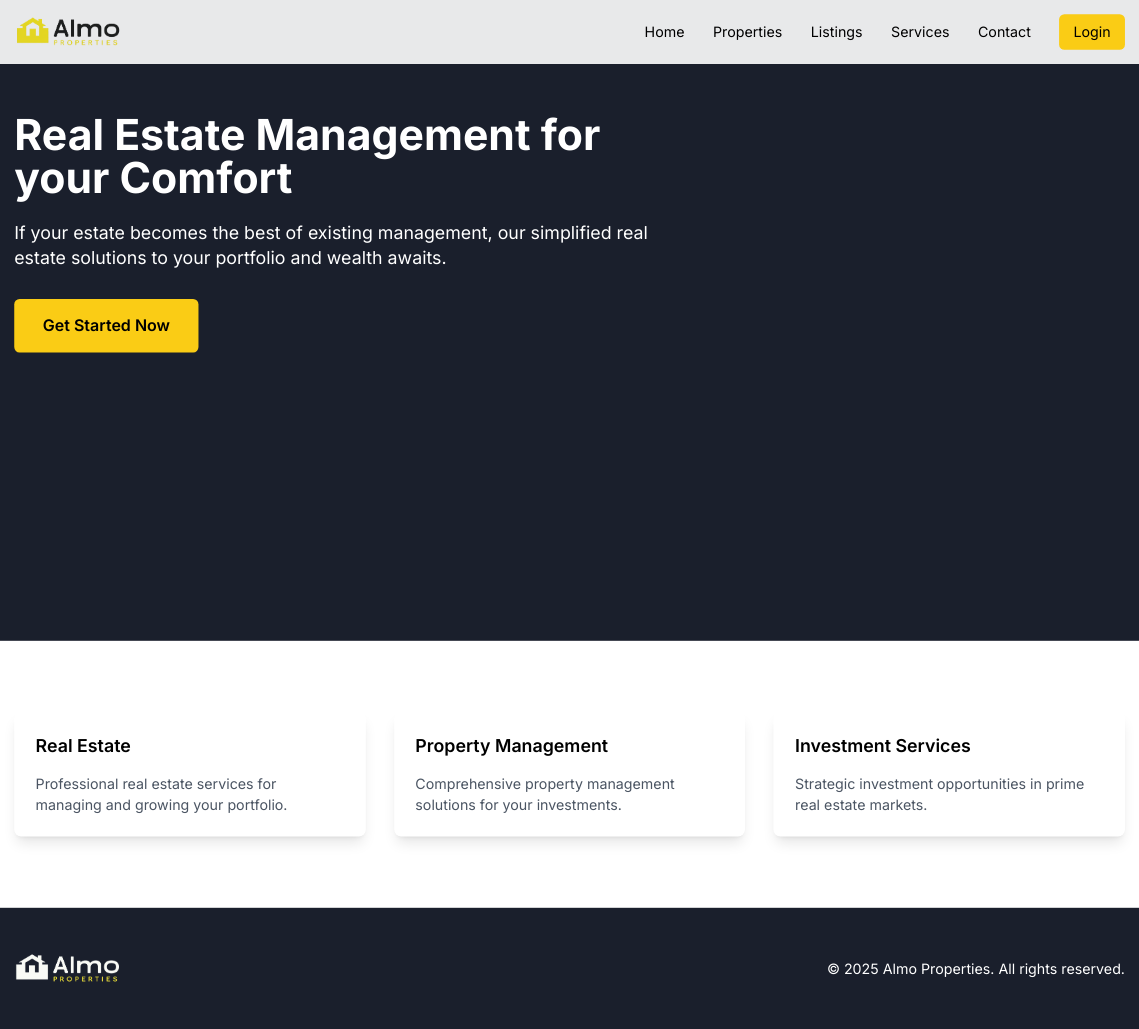
Repository: creesler/almoproperties
Page: /
These files come from the project's save history. The page is drawn as it stood at one moment and after the next save; the edit follows.
The browser window is 1280 px wide. The pictures show the whole page, at 89% of full size.
The project was rebuilt for these pictures with package versions that can differ from the ones it lists, and the page was loaded fresh each time. The framework's server and built-in components were replaced by stand-ins that run in the browser. Also part of the build but not shown: next.config.mjs.

Above is the page before, as saved 2025-03-17 16:15:21.

After the next save:
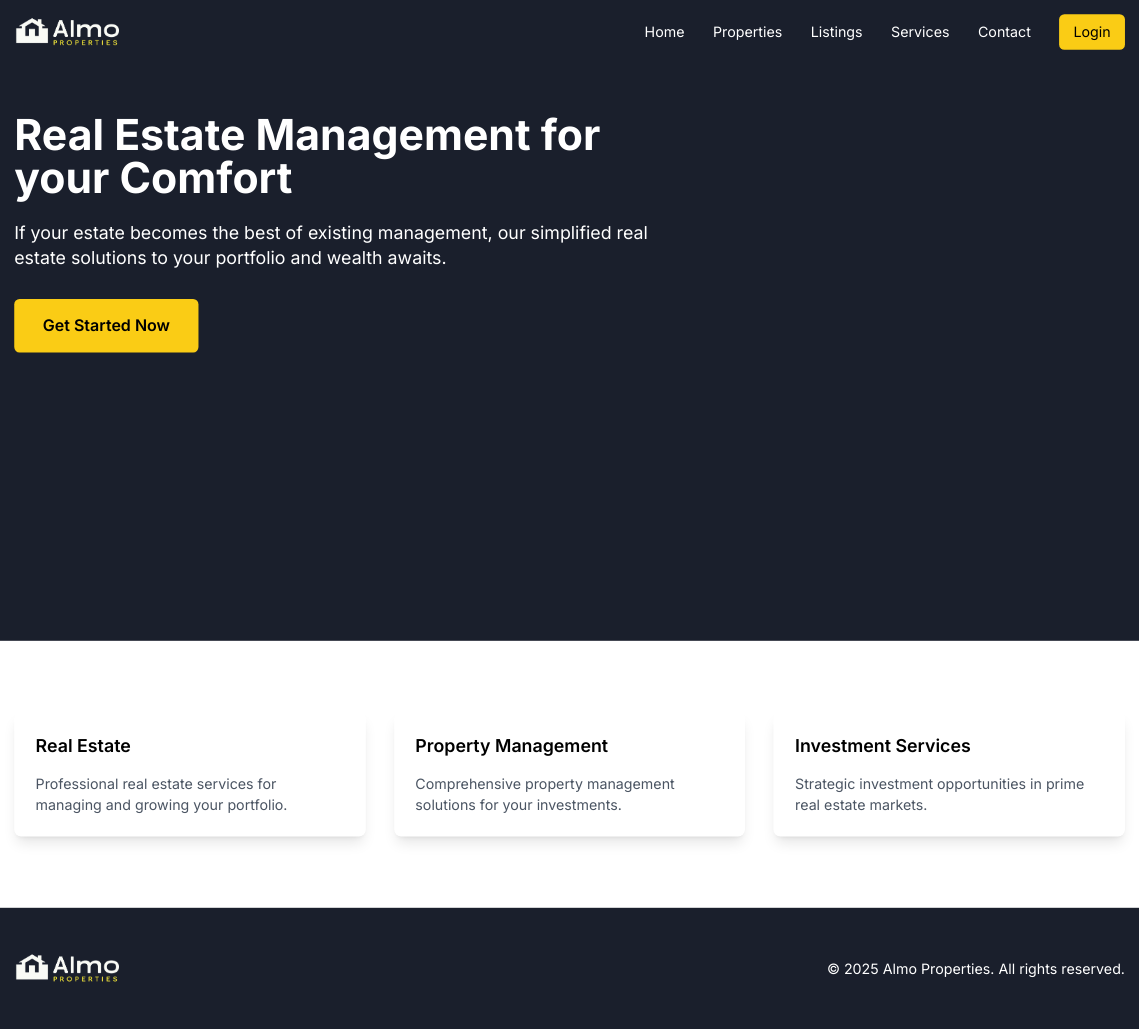
Saved 4 min 21 s later.
--- a/src/app/page.tsx
+++ b/src/app/page.tsx
@@ -8,11 +8,11 @@ export default function Home() {
   return (
     <main className="min-h-screen">
       {/* Header */}
-      <header className="fixed w-full bg-white/90 backdrop-blur-sm z-50">
+      <header className="fixed w-full bg-navy-900 backdrop-blur-sm z-50">
         <nav className="container mx-auto px-4 py-4 flex items-center justify-between">
           <div className="relative w-[120px] h-[40px]">
             <Image
-              src="/logo/logoblack.png"
+              src="/logo/logowhite.png"
               alt="Almo Properties"
               fill
               style={{ objectFit: 'contain' }}
@@ -20,11 +20,11 @@ export default function Home() {
             />
           </div>
           <div className="flex items-center gap-8">
-            <Link href="/" className="hover:text-yellow-500">Home</Link>
-            <Link href="/properties" className="hover:text-yellow-500">Properties</Link>
-            <Link href="/listings" className="hover:text-yellow-500">Listings</Link>
-            <Link href="/services" className="hover:text-yellow-500">Services</Link>
-            <Link href="/contact" className="hover:text-yellow-500">Contact</Link>
+            <Link href="/" className="text-white hover:text-yellow-400">Home</Link>
+            <Link href="/properties" className="text-white hover:text-yellow-400">Properties</Link>
+            <Link href="/listings" className="text-white hover:text-yellow-400">Listings</Link>
+            <Link href="/services" className="text-white hover:text-yellow-400">Services</Link>
+            <Link href="/contact" className="text-white hover:text-yellow-400">Contact</Link>
             <Link href="/login" className="bg-yellow-400 text-black px-4 py-2 rounded-md hover:bg-yellow-500">
               Login
             </Link>
